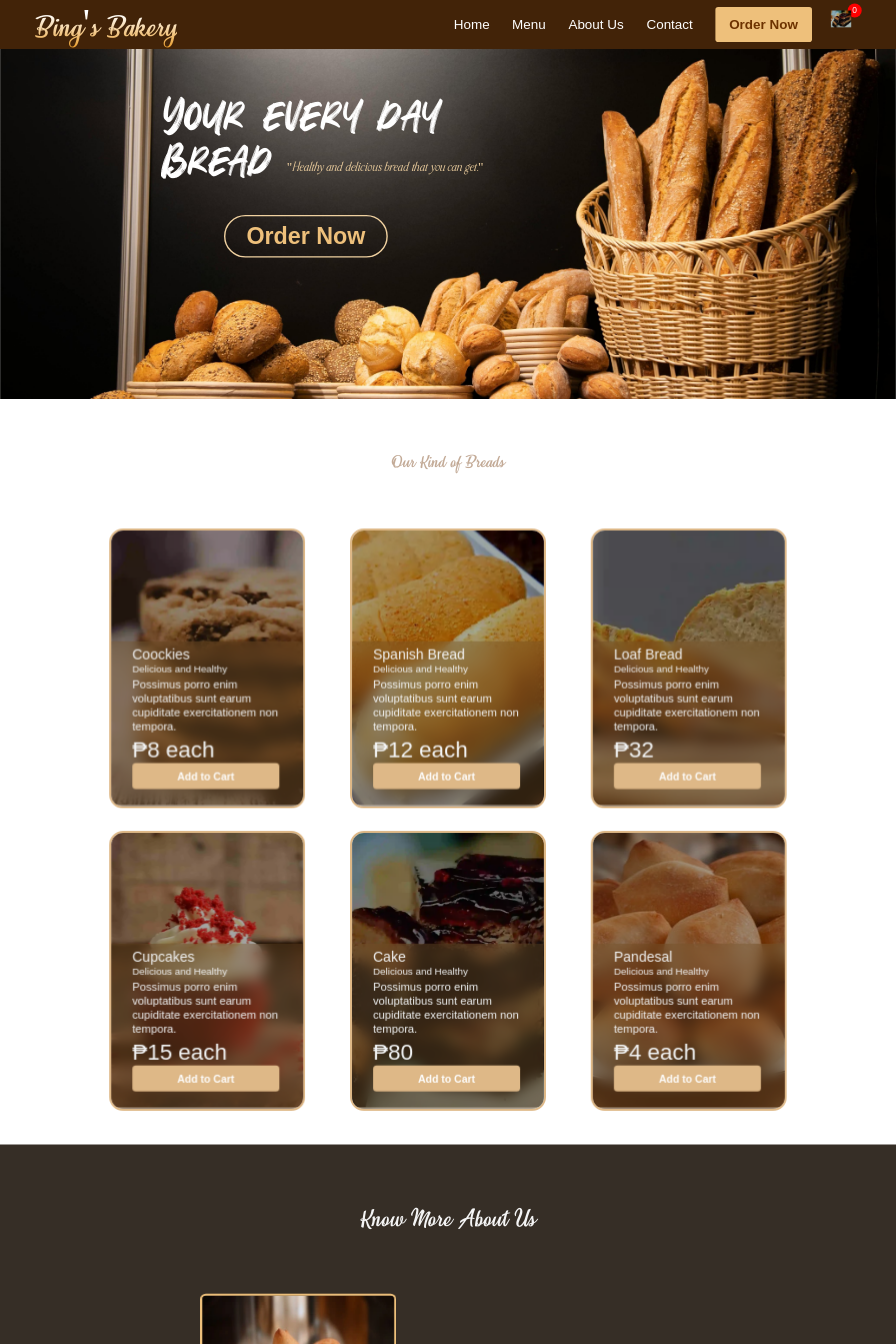
Repository: RodFoyagan/Bing-s-Bakery
Page: index.html
An editor plug-in stored every save of this project. The page is shown before and after the next save, followed by the edit.
The browser window is 1280 px wide. The pictures show the part of the page from y = 0 to 1920 px (the page is 4672 px tall), at 70% of full size.

Above is the page before, as saved 2025-03-27 10:46:36.
Console error: ReferenceError: emailjs is not defined

### index.html
<!DOCTYPE html>
<html lang="en">
<head>
    <meta charset="UTF-8">
    <meta name="viewport" content="width=device-width, initial-scale=1.0">
    <title>Bing's Bakery</title>

    <script type="text/javascript" src="https://cdn.emailjs.com/dist/email.min.js"></script>

    <script type="module" src="https://unpkg.com/ionicons@5.5.2/dist/ionicons/ionicons.esm.js"></script>
    <link rel="stylesheet" href="style.css">
</head>
<body id="header">
    <nav class="navbar">
        <div class="navbar__container">
            <a href="#header" id="navbar__logo">Bing's Bakery</a>
            <div class="navbar__toggle" id="mobile-menu">
                <span class="bar"></span>
                <span class="bar"></span>
                <span class="bar"></span>
            </div>
            <ul class="navbar__menu">
                <li class="navbar__item">
                    <a href="#header" class="navbar__links">Home</a>
                </li>
                <li class="navbar__item">
                    <a href="#menu" class="navbar__links">Menu</a>
                </li>
                <li class="navbar__item">
                    <a href="#about-us" class="navbar__links"><span id="about">About Us</span></a>
                </li>
                <li class="navbar__item">
                    <a href="#form" class="navbar__links">Contact</a>
                </li>
                <li id="navbar__btn" class="navbar__links">
                    <a href="#menu" class="button">Order Now</a>
                </li>
            </ul>
        </div>
        <div class="box">
            <div class="cart-count">0</div>
            <img id="cart-icon" src="images/cake-min-min.webp" alt="">
            <!-- <ion-icon name="cart"  id="cart-icon" ></ion-icon> -->
          </div>

          <div class="cart">
            <div class="cart-title">Cart Items</div>
            <div class="cart-content">
                  <ion-icon name="close" id="cart-close"></ion-icon>
          </div>

          <div class="total">
            <div class="total-title">Total</div>
            <div class="total-price">₱ 0</div>
          </div>

        <form class="cart-form">
            <p class="note">
                NOTE* <br> Please give your contact information so that we may
                notify you when we receive your order and when it is ready.Thank you.
            </p>
            <div class="cartForm-control" id="cartForm-name">
                <label for="cartform_name">Name</label>
                <input type="text" name="cartform_name" id="cart-form_name">
                <p class="error-message2" style="visibility: hidden;">error message.</p>
            </div>
            <div class="cartForm-control" id="cartForm_Phone">
                <label for="cartform_Phone">Mobile Number</label>
                <input type="text" name="cartform_Phone" id="cart-form_Phone">
                <p class="error-message2" style="visibility: hidden;">error message.</p>
            </div>
            <div class="placeOrder">
                <button class="btn-buy" type="submit">Place Order</button>
            </div>
        </form>

    </nav>

    <div class="first-page">
        <div>
            <h2>Your every day Bread</h2>
            <p>"Healthy and delicious bread that you can get."</p>
        </div>

            <div class="second-button"><button><a  href="#menu">Order Now</a></button></div>

    </div>
                <div id="menu">
                    <h1 class="menu-title">Our Kind of Breads</h1>
                </div>
                <div class="body">
                    <div class="bread">
                        <img src="images/coockies-min.webp" class="bread-img" alt="">
                        <div class="bread-body">
                            <!-- <h2 class="alert">Click Me.</h2> -->
                            <h1 class="bread-title">Coockies</h1>
                            <p class="bread-subtitle">Delicious and Healthy</p>
                            <p class="bread-info">Possimus porro enim voluptatibus sunt earum cupiditate exercitationem non tempora.</p>
                            <span class="food-price">₱8 each</span>
                            <button class="bread-btn">Add to Cart</button>
                        </div>
                    </div>
                    <div class="bread">
                        <img src="images/spanish bread-min-min.webp" class="bread-img" alt="">
                        <div class="bread-body">
                            <!-- <h2 class="alert">Click Me.</h2> -->
                            <h1 class="bread-title">Spanish Bread</h1>
                            <p class="bread-subtitle">Delicious and Healthy</p>
                            <p class="bread-info">Possimus porro enim voluptatibus sunt earum cupiditate exercitationem non tempora.</p>
                            <span class="food-price">₱12 each</span>
                            <button class="bread-btn">Add to Cart</button>
                        </div>
                    </div>
                    <div class="bread">
                        <img src="images/loafbread3-min-min.webp" class="bread-img" alt="">
                        <div class="bread-body">
                            <!-- <h2 class="alert">Click Me.</h2> -->
                            <h1 class="bread-title">Loaf Bread</h1>
                            <p class="bread-subtitle">Delicious and Healthy</p>
                            <p class="bread-info">Possimus porro enim voluptatibus sunt earum cupiditate exercitationem non tempora.</p>
                            <span class="food-price">₱32</span>
                            <button class="bread-btn">Add to Cart</button>
                        </div>
                    </div>
                    <div class="bread">
                        <img src="images/cupcake2-min.webp" class="bread-img" alt="">
                        <div class="bread-body">
                            <!-- <h2 class="alert">Click Me.</h2> -->
                            <h1 class="bread-title">Cupcakes</h1>
                            <p class="bread-subtitle">Delicious and Healthy</p>
                            <p class="bread-info">Possimus porro enim voluptatibus sunt earum cupiditate exercitationem non tempora.</p>
                            <span class="food-price">₱15 each</span>
                            <button class="bread-btn">Add to Cart</button>
                        </div>
                    </div>
                    <div class="bread">
                        <img src="images/cake-min-min.webp" class="bread-img" alt="">
                        <div class="bread-body">
                            <!-- <h2 class="alert">Click Me.</h2> -->
                            <h1 class="bread-title">Cake</h1>
                            <p class="bread-subtitle">Delicious and Healthy</p>
                            <p class="bread-info">Possimus porro enim voluptatibus sunt earum cupiditate exercitationem non tempora.</p>
                            <span class="food-price">₱80</span>
                            <button class="bread-btn">Add to Cart</button>
                        </div>
                    </div>
                    <div class="bread">
                        <img src="images/pandesall.webp" class="bread-img" alt="">
                        <div class="bread-body">
                            <!-- <h2 class="alert">Click Me.</h2> -->
                            <h1 class="bread-title">Pandesal</h1>
                            <p class="bread-subtitle">Delicious and Healthy</p>
                            <p class="bread-info">Possimus porro enim voluptatibus sunt earum cupiditate exercitationem non tempora.</p>
                            <span class="food-price">₱4 each</span>
                            <button class="bread-btn">Add to Cart</button>
                        </div>
                    </div>
                </div>

                <div id="about-us">
                    <!-- copy and paste here -->
                    <div class="about-us-header">
                        <h2 class="know-more">Know More About Us</h2>
                    </div>
                        <div class="about-images">
                            <img src="images/pandesall.webp" alt="">
                            <p class="about-details">
                                Possimus porro enim voluptatibus sunt earum cupiditate exercitationem non tempora,
                                Possimus porro enim voluptatibus sunt earum cupiditate exercitationem non tempora.
                            </p>
                        </div>
                        <div class="about-images" id="reverse">
                            <p class="about-details">
                                Possimus porro enim voluptatibus sunt earum cupiditate exercitationem non tempora,
                                Possimus porro enim voluptatibus sunt earum cupiditate exercitationem non tempora.
                            </p>
                            <img class="from-rigth" src="images/pandesall.webp" alt="">
                        </div>
                        <div class="about-images">
                            <img src="images/pandesall.webp" alt="">
                            <p class="about-details">
                                Possimus porro enim voluptatibus sunt earum cupiditate exercitationem non tempora,
                                Possimus porro enim voluptatibus sunt earum cupiditate exercitationem non tempora.
                            </p>
                        </div>
                        <div class="about-images" id="reverse">
                            <p class="about-details">
                                Possimus porro enim voluptatibus sunt earum cupiditate exercitationem non tempora,
                                Possimus porro enim voluptatibus sunt earum cupiditate exercitationem non tempora.
                            </p>
                            <img class="from-rigth" src="images/pandesall.webp" alt="">
                        </div>
                        <div class="images-icon">
                            <div class="icon">
                                <img src="images/pandesall.webp" alt="">
                                <p class="myName">My Name</p>
                                <p>Possimus porro enim voluptatibus sunt earum, Possimus porro enim voluptatibus sunt earum</p>
                            </div>
                            <div class="icon">
                                <img src="images/pandesall.webp" alt="">
                                <p class="myName">My Name</p>
                                <p>Possimus porro enim voluptatibus sunt earum, Possimus porro enim voluptatibus sunt earum</p>
                            </div>
                            <div class="icon">
                                <img src="images/pandesall.webp" alt="">
                                <p class="myName">My Name</p>
                                <p>Possimus porro enim voluptatibus sunt earum, Possimus porro enim voluptatibus sunt earum</p>
                            </div>
                        </div>

                </div>

                <div class="body-contact" >
                            <div id="contact-us">
                                <form id="form" action="">
                                    <div>
                                        <h2 class="touch">Let’s Talk</h2>
                                    </div>
                                    <div class="form-group">
                                        <div class="form-control" id="log-in_name">
                                            <label for="login-name">Name</label>
                                            <input type="text" name="login-name" id="login-name">
                                            <li><img class="check" src="images/check.png" alt=""></li>
                                            <li><img class="exclamation" src="images/exclamation.png" alt=""></li>
                                            <p class="error-message">error message.</p>
                                        </div>
                                        <div class="form-control" id="log-in_phone">
                                            <label for="login-phone">Mobile Number</label>
                                            <input type="text" name="login-phone" id="login-phone">
                                            <li><img class="check" src="images/check.png" alt=""></li>
                                            <li><img class="exclamation" src="images/exclamation.png" alt=""></li>
                                            <p class="error-message">error message.</p>
                                        </div>
                                        <div class="form-control" id="log-in_message">
                                            <label for="login-message">Message</label>
                                            <textarea name="text" id="login-message" cols="30" rows="10"></textarea>
                                            <li><img class="check" src="images/check.png" alt=""></li>
                                            <li><img class="exclamation" src="images/exclamation.png" alt=""></li>
                                            <p class="error-message">error message</p>
                                        </div>
                                        <div class="message">
                                            <button id="submitButton" type="submit">Send message</button>
                                        </div>
                                    </div>
                                </form>

                        </div>
                    <!-- <div class="or">
                        <p>or</p>
                    </div> -->
                    <div class="contact-details">
                        <h2>Contact details:</h2>
                        <i><img src="images/phone.png" alt=""><span class="details" id="num">091-4567000</span></i>
                        <i><img src="images/email.png" alt=""><span class="details">rfoyagan@gmail.com</span></i>
                        <i><img src="images/location.png" alt=""><span class="details">Loakan-Apugan Baguio City</span></i>
                        <!-- <i class="facebook"><img src="images/facebook.png" alt=""><span class="details">Bing Lomyog Foyagan</span></i>
                        <i><img src="images/instagram.png" alt=""><span class="details">@Rod-Bing</span></i> -->
                        <div class="location-address">
                            <p>You can visit &nbsp;<a href="https://www.google.com/maps/place/M%26N+Viewdeck+Cafe/@16.3820807,120.6235638,15z/data=!4m6!3m5!1s0x3391a775a760d6a9:0x28e94cc2193ac4b4!8m2!3d16.3820807!4d120.6235638!16s%2Fg%2F11n0c1jp8f?entry=ttu&g_ep=EgoyMDI0MDkxMS4wIKXMDSoASAFQAw%3D%3D">Bing's Bake Shop.</a></p>
                        </div>
                    </div>

                </div>

    <!-- </div> -->

                <footer>
                    <!-- put the footer style here-->
                    <div class="body-footer">
                        <div class="footer">
                            <img class="footer-logo" src="images/jpeg-optimizer_footer-cupcake.png" alt="">
                            <ul class="footer-nav">
                                <li><a href="#header">Home</a></li>
                                <li><a href="#menu">Menu</a></li>
                                <li><a href="#form">Contact</a></li>
                                <li><a href="#about-us">About Us</a></li>
                            </ul>
                            <ul class="footer-icon">
                                <li><a href=""><img src="images/facebook-icon.png" alt=""></a></li>
                                <li><a href=""><img src="images/instagram-footer.png" alt=""></a></li>
                                <li><a href=""><img src="images/youtube.png" alt=""></a></li>
                                <li><a href=""><img src="images/twitter.png" alt=""></a></li>
                            </ul>
                        </div>
                        <div class="reserve">
                            <p>© 2024 Terms and Condition | Web Developed by Rod Foyagan | Bing's Bakery alright reserve.</p>
                        </div>
                    </div>
                </footer>

</body>
    <script src="app.js"></script>
    <script type="text/javascript"
        src="https://cdn.jsdelivr.net/npm/@emailjs/browser@4/dist/email.min.js">
</script>
<script type="text/javascript">
   (function(){
      emailjs.init({
        publicKey: "oDauPnMolACE55mNB",
      });
   })();
</script>
</html>

Loaded but not shown: app.js (430 lines, source omitted); style.css (2066 lines, source omitted)

After the next save:
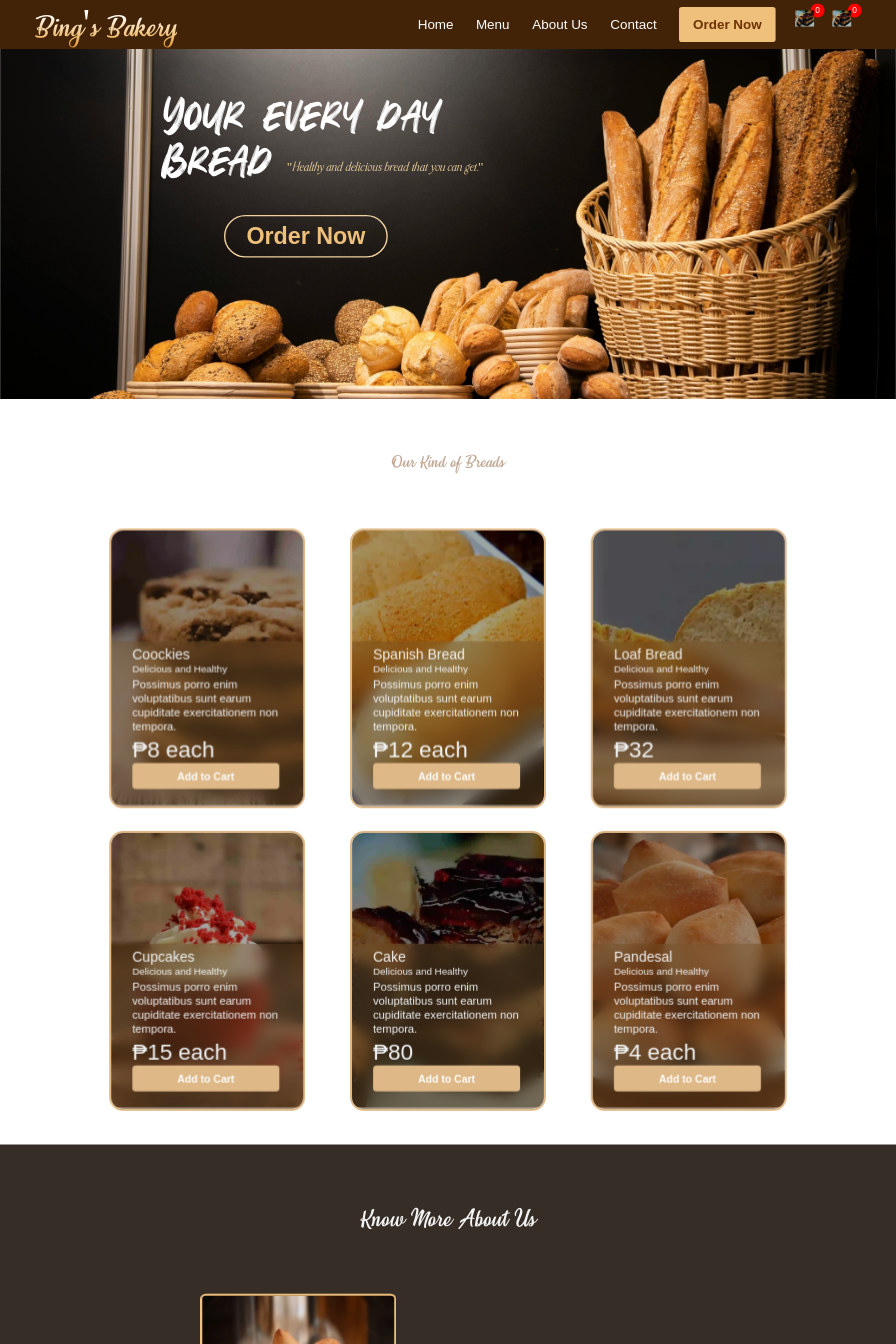
Saved 3 min 30 s later.
--- a/index.html
+++ b/index.html
@@ -38,6 +38,12 @@
             </ul>
         </div>
         <div class="box">
+            <div class="cart-count">0</div>
+            <img id="cart-icon" src="images/cake-min-min.webp" alt="">
+            <!-- <ion-icon name="cart"  id="cart-icon" ></ion-icon> -->
+          </div>
+
+          <div class="box">
             <div class="cart-count">0</div>
             <img id="cart-icon" src="images/cake-min-min.webp" alt="">
             <!-- <ion-icon name="cart"  id="cart-icon" ></ion-icon> -->

After the save that followed:
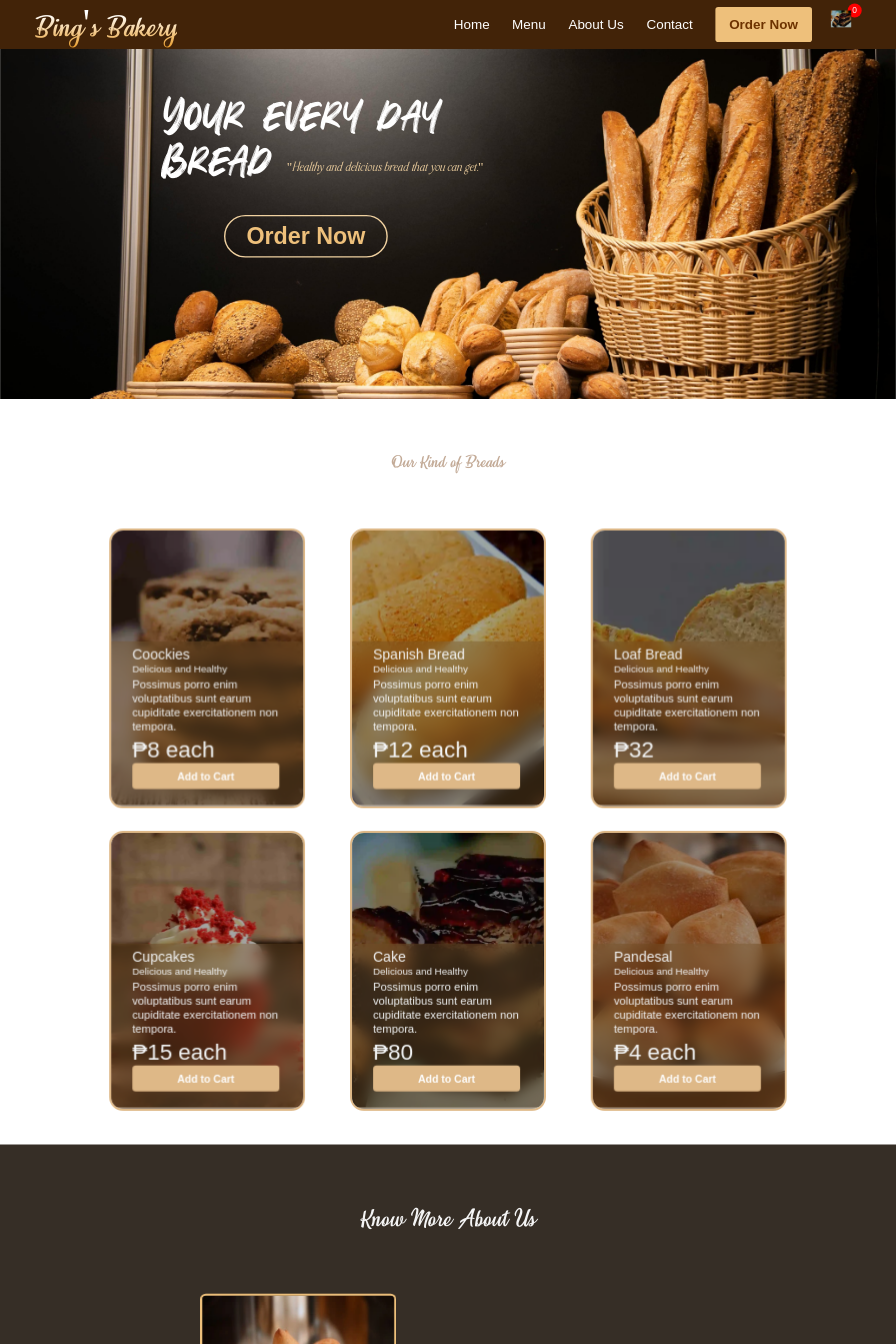
Saved 22 s later.
--- a/index.html
+++ b/index.html
@@ -38,12 +38,6 @@
             </ul>
         </div>
         <div class="box">
-            <div class="cart-count">0</div>
-            <img id="cart-icon" src="images/cake-min-min.webp" alt="">
-            <!-- <ion-icon name="cart"  id="cart-icon" ></ion-icon> -->
-          </div>
-
-          <div class="box">
             <div class="cart-count">0</div>
             <img id="cart-icon" src="images/cake-min-min.webp" alt="">
             <!-- <ion-icon name="cart"  id="cart-icon" ></ion-icon> -->
